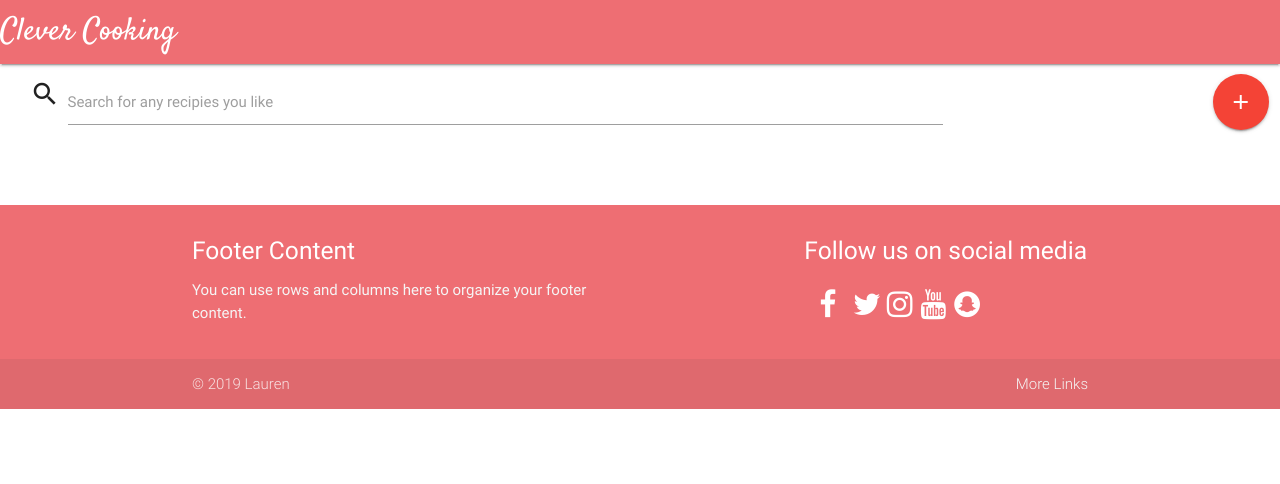
Repository: Code-Institute-Submissions/online-recipe-cookbook
Page: http://localhost/
The author's editor kept a record of every edit. The page is drawn from the files as they stood at one moment, then again after the next edit.
The browser window is 1280 px wide. The pictures show the whole page.
Some web libraries are served in a nearby version. The page is served by the project's application, run on Flask 3 (app.py). Queries for data that is not in the repository find no rows.

Above is the page before.

### templates/home.html
{% extends 'base.html' %}
{% block content %}
<!DOCTYPE html>
<html>
    <head>

    </head>
    <body>
        <div class="row">

            <div class="col s12">
              <div class="row">
                <div class="input-field col s9">
                  <i class="center-align material-icons prefix">search</i>
                  <input method="POST" action="{{url_for('show_recipe', recipe_id=2)}}" type="text" id="autocomplete-input" class="autocomplete">
                  <label for="autocomplete-input">Search for any recipies you like</label>
                </div>
                <a href="{{url_for('add_recipe')}}" class="btn-floating right-align btn-large waves-effect waves-light red" style="float: right; margin-top: 10px"><i class="material-icons">add</i></a>
              </div>
            </div>
         </div>
        <div class="row">
         {% for recipe in recipes %}

             <div class="card col s12 m6 l4 medium">
                <div class="card-image waves-effect waves-block waves-light">
                  <img class="activator" src={{ recipe.image_link}}>
                </div>
                <div class="card-content">
                  <span class="card-title activator grey-text text-darken-4">{{ recipe.recipe_name }}<i class="material-icons right">more_vert</i></span>
                  <p><a href="{{url_for('show_recipe', recipe_id=recipe._id)}}">View full recipe</a></p>
                  <span><i class="material-icons left">favorite</i> <p>{{recipe.likes}}</p></span>
                </div>
                <div class="card-reveal">
                  <span class="card-title grey-text text-darken-4">{{ recipe.recipe_name }}<i class="material-icons right">close</i></span>
                  <p>{{recipe.ingredients}}</p>
                  <span><a href="{{ url_for('edit_recipe', recipe_id=recipe._id)}}"><i class="material-icons right">edit</i></a></span>
                </div>
         </div>

         {% endfor %}

                 </div>
    </body>
</html>
{% endblock %}

### templates/base.html
<!DOCTYPE html>
<html>

<head>
    <link href="https://fonts.googleapis.com/icon?family=Material+Icons" rel="stylesheet">
    <link rel="stylesheet" href="https://cdnjs.cloudflare.com/ajax/libs/materialize/0.100.2/css/materialize.min.css">
    <link rel="stylesheet" href="{{url_for('static', filename='css/style.css')}}" type="text/css"/>
    <link rel="stylesheet" href="https://cdnjs.cloudflare.com/ajax/libs/font-awesome/4.7.0/css/font-awesome.min.css">
</head>

<body>
    <header><nav>
  <div class="nav-wrapper">
    <a href="{{url_for('get_top_recipes')}}" class="brand-logo">Clever Cooking</a>

  </div>
</nav></header>
    {% block content %}

    {% endblock %}

    <script src="https://cdnjs.cloudflare.com/ajax/libs/jquery/3.2.1/jquery.min.js"></script>
    <script src="https://cdnjs.cloudflare.com/ajax/libs/materialize/0.100.2/js/materialize.min.js"></script>
    <script type="text/javascript">
    $(document).ready(function(){
    $('.modal').modal();

    function sendItem(val) {
        console.log(val);
    }
    $(function () {
            $('input.autocomplete').autocomplete({
                data: {

                    "Apple": null,
                    "Microsoft": null,
                    "Google": 'http://placehold.it/250x250'
                },
                onAutocomplete: function(txt) {
                  sendItem(txt);
                },
                limit: 20, // The max amount of results that can be shown at once. Default: Infinity.
            });

    });

  });
    </script>

</body>
<footer class="page-footer">
          <div class="container">
            <div class="row">
              <div class="col l6 s12">
                <h5 class="white-text">Footer Content</h5>
                <p class="grey-text text-lighten-4">You can use rows and columns here to organize your footer content.</p>
              </div>
              <div class="col l4 offset-l2 s12">
                <h5 class="white-text">Follow us on social media</h5>

                  <a href="#"><i class="fa fa-facebook fa-2x"></i></a>
          				<a href="#" ><i class="fa fa-twitter fa-2x"></i></a>
          				<a href="#" ><i class="fa fa-instagram fa-2x"></i></a>
          				<a href="#" ><i class="fa fa-youtube fa-2x"></i></a>
          				<a href="#"> <i class="fa fa-snapchat fa-2x"></i> </a>


              </div>
            </div>
          </div>
          <div class="footer-copyright">
            <div class="container">
            © 2019 Lauren
            <a class="grey-text text-lighten-4 right" href="#!">More Links</a>
            </div>
          </div>
        </footer>
</html>

### app.py
import os
from flask import Flask, render_template, redirect, request, url_for
from flask_pymongo import PyMongo
from bson.objectid import ObjectId

app = Flask(__name__)
app.config["MONGO_DBNAME"] = 'cookbookDb'
#app.config["MONGO_URI"] = os.getenv('MONGO_URI', 'mongodb://localhost')
app.config["MONGO_URI"]="mongodb+srv://root-user96:r00tUser96@myfirstcluster-ehz2d.mongodb.net/cookbookDb?retryWrites=true&w=majority"


mongo = PyMongo(app)

@app.route('/')
@app.route('/get_top_recipes')
def get_top_recipes():

    recipe_list = mongo.db.recipes.find().sort([( "likes", -1 )])
    return render_template("home.html", recipes=recipe_list)

@app.route('/edit_recipe/<recipe_id>')
def edit_recipe(recipe_id):
    the_recipe = mongo.db.recipes.find_one({"_id": ObjectId(recipe_id)})
    return render_template('edit_recipe.html', recipe=the_recipe)

@app.route('/show_recipe/<recipe_id>')
def show_recipe(recipe_id):
    the_recipe = mongo.db.recipes.find_one({"_id": ObjectId(recipe_id)})
    recipe_comments = mongo.db.comments.find({"_recipe_id": ObjectId(recipe_id)})
    return render_template('show_recipe.html', recipe=the_recipe, comments=recipe_comments)

@app.route('/delete_recipe/<recipe_id>')
def delete_recipe(recipe_id):
    mongo.db.recipes.remove({'_id': ObjectId(recipe_id)})
    return redirect(url_for('get_top_recipes'))

@app.route('/add_like_to_recipe/<recipe_id>', methods=['GET'])
def add_like_to_recipe(recipe_id):
    recipes = mongo.db.recipes

    recipes.update(
        {'_id': ObjectId(recipe_id)},
        { '$inc': { 'likes': +1} }
    )

    return redirect(url_for('show_recipe', recipe_id=recipe_id))

@app.route('/add_comment_to_recipe/<recipe_id>', methods=['POST'])
def add_comment_to_recipe(recipe_id):
    recipes = mongo.db.recipes
    comments = mongo.db.comments

    commentdict = { "username": request.form.get('username'), "comment": request.form.get('comment'), "_recipe_id":ObjectId(recipe_id)}
    comments.insert_one(commentdict)

    return redirect(url_for('show_recipe', recipe_id=recipe_id))

@app.route('/update_recipe/<recipe_id>', methods=['POST'])
def update_recipe(recipe_id):
    recipes = mongo.db.recipes
    recipes.update({'_id': ObjectId(recipe_id)},
    {
        'recipe_name':request.form.get('recipe_name'),
        'prep_time':request.form.get('prep_time'),
        'cook_time':request.form.get('cook_time'),
        'ingredients':request.form.get('ingredients'),
        #'cuisine':request.form.get('cuisine'),
        'method_steps':request.form.get('method_steps'),
        'tools_used':request.form.get('tools_used'),
        'image_link':request.form.get('image_link')
    })
    return redirect(url_for('get_top_recipes'))

@app.route('/insert_recipe', methods=['POST'])
def insert_recipe():
    recipes = mongo.db.recipes
    recipe_info = request.form.to_dict();
    recipe_info['likes'] = 0
    recipes.insert_one(recipe_info)
    return redirect(url_for('get_top_recipes'))

@app.route('/add_recipe')
def add_recipe():
    return render_template("add_recipe.html")

@app.route('/get_recipe_names')
def get_recipe_names():
    return render_template("index.html", names=mongo.db.recipe_names.find())

if __name__ == '__main__':
    app.run(host=os.environ.get('IP'),
            port=int(os.environ.get('PORT')),
            debug=True)

### static/css/style.css
@import url('https://fonts.googleapis.com/css?family=Satisfy&display=swap');
.fa {
  color: white;
  padding: .5em;
  font-size: 2em;
  width: 1em;
  text-decoration: none;
}

.nav-wrapper{
  font-family: 'Satisfy', cursive;
  font-size: 20px;
}

h4{
    font-family: 'Satisfy', cursive;
    font-style: normal;
    font-weight: bold;
    color: #ee6e73;
  font-size: 30px;
}
.btn{
  background-color: #ee6e73;
}
.card{
  padding-left: 1em;
  padding-right: 1em;
}

After the next edit:
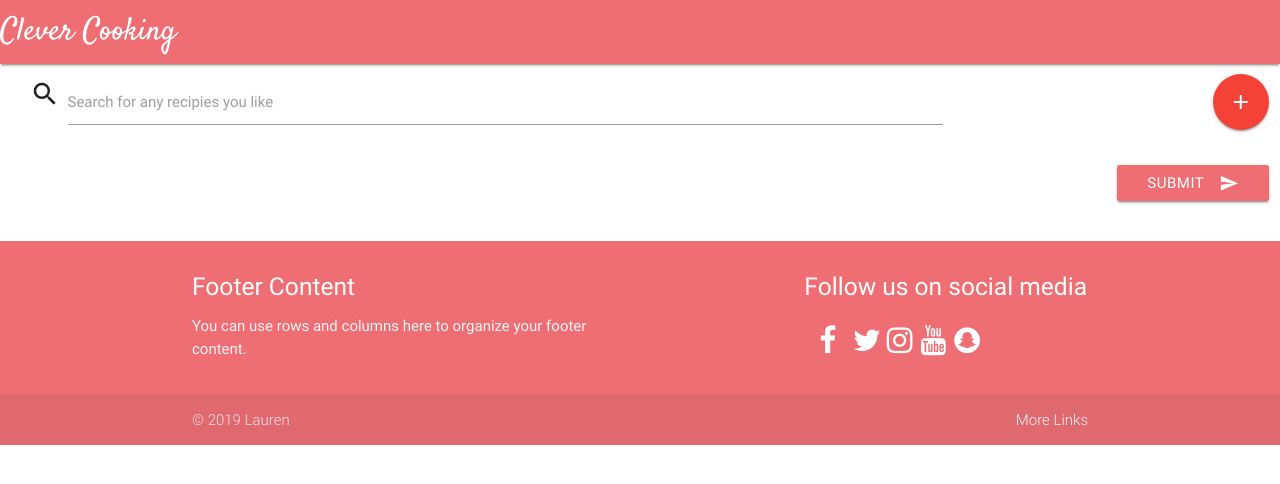
The edit:
--- a/templates/home.html
+++ b/templates/home.html
@@ -9,7 +9,8 @@
         <div class="row">
 
             <div class="col s12">
-              <div class="row">
+              <form action="">
+                <div class="row">
                 <div class="input-field col s9">
                   <i class="center-align material-icons prefix">search</i>
                   <input method="POST" action="{{url_for('show_recipe', recipe_id=2)}}" type="text" id="autocomplete-input" class="autocomplete">
@@ -17,6 +18,11 @@
                 </div>
                 <a href="{{url_for('add_recipe')}}" class="btn-floating right-align btn-large waves-effect waves-light red" style="float: right; margin-top: 10px"><i class="material-icons">add</i></a>
               </div>
+              <button class="btn waves-effect waves-light right" type="submit" name="action">Submit
+                    <i class="material-icons right">send</i>
+                  </button>
+              </form>
+
             </div>
          </div>
         <div class="row">
